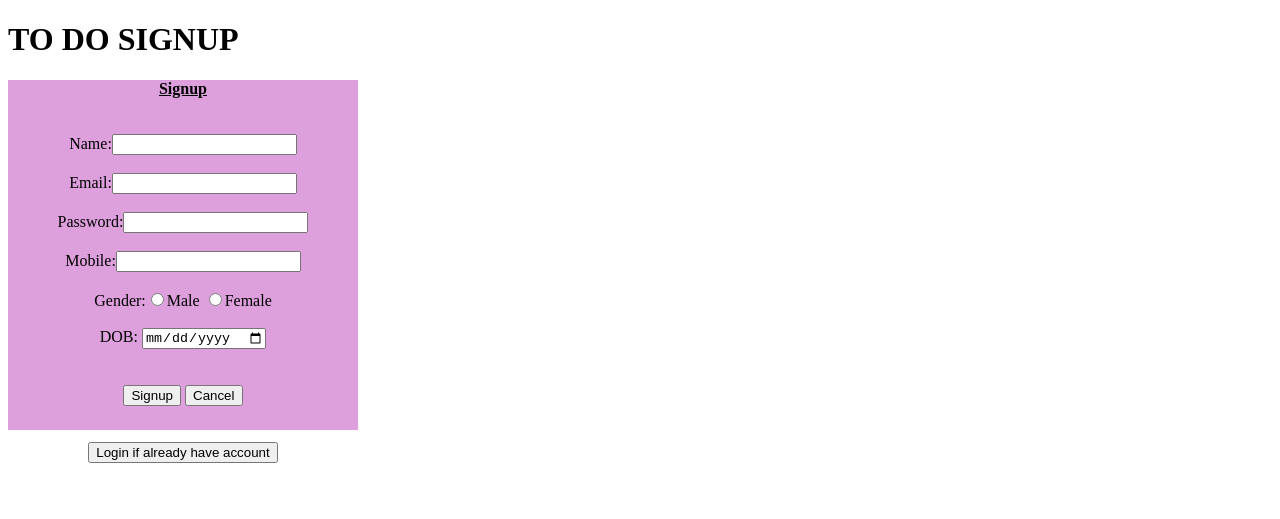
Repository: Spurthiv/todoapp
Page: Servlet_todo_app/src/main/webapp/Signup.html
These files come from the project's save history. The page is drawn as it stood at one moment and after the next save; the edit follows.
The browser window is 1280 px wide. The pictures show the whole page.

Above is the page before, as saved 2023-11-22 07:31:34.

### Servlet_todo_app/src/main/webapp/Signup.html
<!DOCTYPE html>
<html>
<head>
<meta charset="ISO-8859-1">
<title>Insert title here</title>
<style>
        form {
            height: 350px;
            width: 350px;
            background-color: plum;
            text-decoration-color: blueviolet;
            text-align: center;
        }
        u{
			text-align: center;
		}
    </style>
</head>
<body>
<b><h1>TO DO SIGNUP</h1></b>
<form>
        <legend><u><b>Signup</b></u> </legend>
        <br><br>
        Name:<input type="text" name="name" /> <br><br>
        Email:<input type="email" name="email" /> <br><br>
        Password:<input type="text" name="pwd" /> <br><br>
Mobile:<input type="tel" pattern="[0-9](10)" name="mob" /> <br><br>
        Gender:<input type="radio" name="gender" value="male">Male
        <input type="radio" name="gender" value="female">Female <br><br>

        DOB: <input type="date" name="dob"> <br><br><br>
        <button type="submit" formaction="">Signup</button>
        <button type="reset">Cancel</button> <br><br><br>
         <button type="submit">Login if already have account</button>

    </form>

</body>
</html>

After the next save:
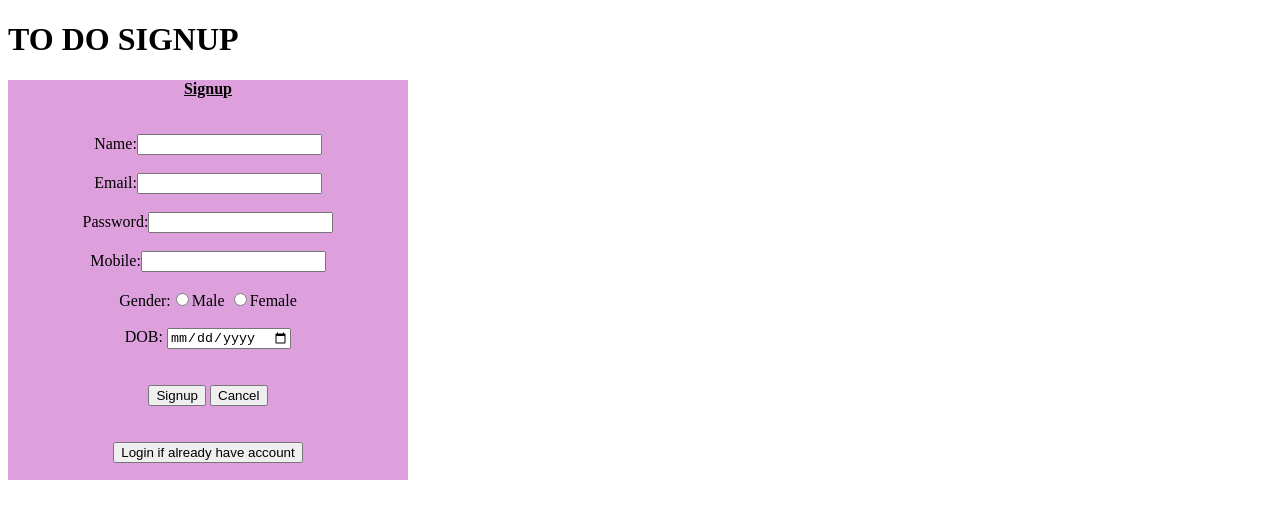
Saved 52 s later.
--- a/Servlet_todo_app/src/main/webapp/Signup.html
+++ b/Servlet_todo_app/src/main/webapp/Signup.html
@@ -5,8 +5,8 @@
 <title>Insert title here</title>
 <style>
         form {
-            height: 350px;
-            width: 350px;
+            height: 400px;
+            width: 400px;
             background-color: plum;
             text-decoration-color: blueviolet;
             text-align: center;
